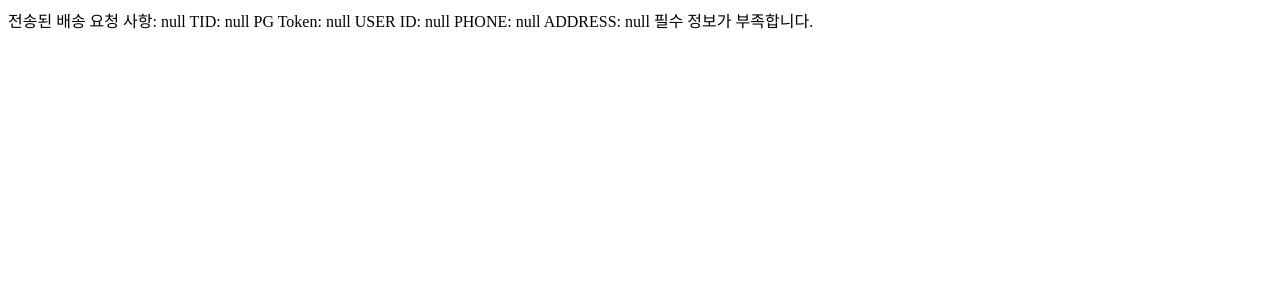
Repository: 0823-01/MonoLiving
Page: http://localhost/shoppingMall/views/api/kakaoPaySuccess.jsp
These files come from the project's save history. The page is drawn as it stood at one moment and after the next save; the edit follows.
The browser window is 1280 px wide. The pictures show the whole page.
The page is served by Tomcat 9.

Above is the page before, as saved 2024-10-30 15:38:12.

After the next save:
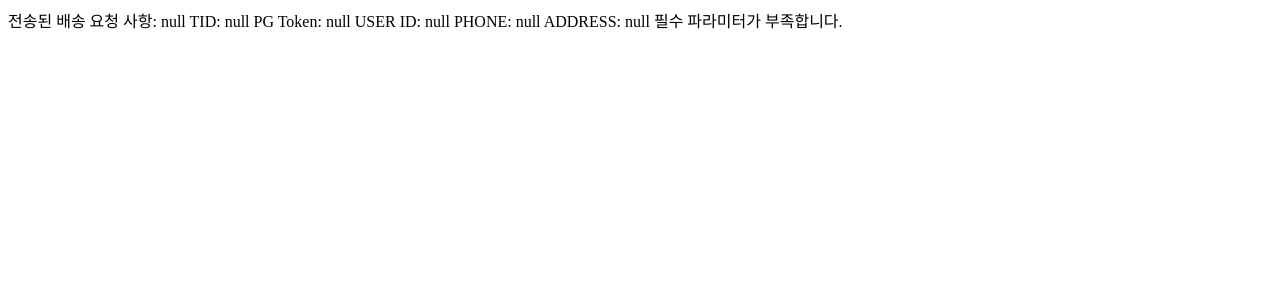
Saved 3 min 42 s later.
--- a/shoppingMall/src/main/webapp/views/api/kakaoPaySuccess.jsp
+++ b/shoppingMall/src/main/webapp/views/api/kakaoPaySuccess.jsp
@@ -33,8 +33,9 @@
     int totalPrice = 0;
 
     // 배송 요청 사항 가져오기
-String deliveryRequest = request.getParameter("delivery_request");
-response.getWriter().println("전송된 배송 요청 사항: " + deliveryRequest); // 추가
+    String deliveryRequest = request.getParameter("delivery_request");
+    response.getWriter().println("전송된 배송 요청 사항: " + deliveryRequest); // 추가
+
     // 총 금액 형식 변환
     if (totalPriceStr != null) {
         try {
@@ -197,11 +198,14 @@
             if (conn != null) {
                 conn.disconnect();
             }
-            JDBCTemplate.close(dbConn);
+            if (dbConn != null) {
+                JDBCTemplate.close(dbConn); // 데이터베이스 연결 종료
+            }
         }
     } else {
-        response.getWriter().println("필수 정보가 부족합니다.");
+        response.getWriter().println("필수 파라미터가 부족합니다.");
     }
 %>
+
 </body>
 </html>
